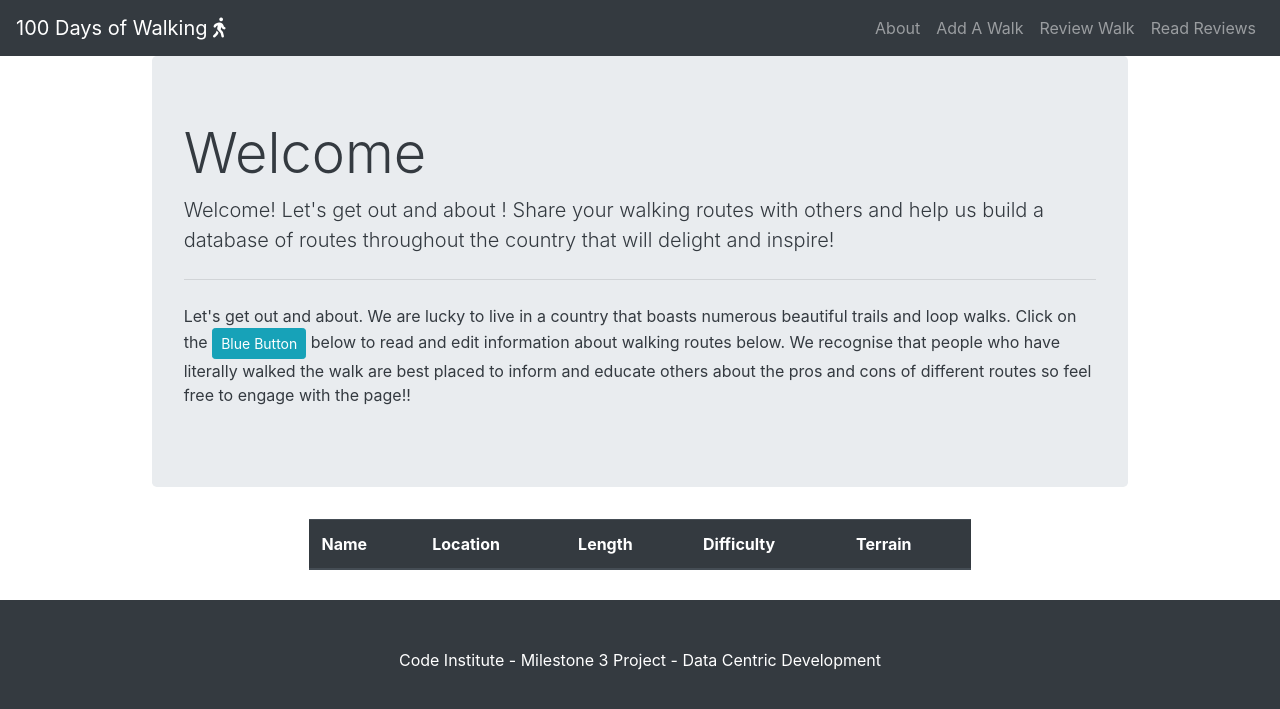
Repository: 5803emma/days-of-walking
Page: http://localhost/
The author's editor kept a record of every edit. The page is drawn from the files as they stood at one moment, then again after the next edit.
The browser window is 1280 px wide. The pictures show the whole page.
Some web libraries are served in a nearby version. The page is served by the project's application, run on Flask 3 (app.py). Queries for data that is not in the repository find no rows.

Above is the page before.

### templates/home.html
{% extends 'base.html'%} {% block content %}

<div class="container-fluid">

 <div class="row-welcome justify-content-center">
  <div class="col-12 text-dark">
   <div class="jumbotron">
    <h1 class="display-4">Welcome</h1>
    <p class="lead">Welcome! Let's get out and about ! Share your walking routes with others and help us build a database of routes throughout the country that will delight and inspire!</p>
    <hr class="my-4">
    <p>Let's get out and about.  We are lucky to live in a country that boasts numerous beautiful trails and loop walks. Click on the <button type="button" class="btn btn-info btn-sm">Blue Button</button>  below to read and edit information about walking routes below.  We recognise that people who have literally walked the walk are best placed to inform and educate others about the pros and cons of different routes so feel free to engage with the page!!</p>
   </div>
  </div>
 </div>

 <div class="row justify-content-center">
  <div class="col-12 col-md-8 table-responsive table-data">
   <table class="table table-hover">
    <thead class="thead-dark">
     <tr>
      <th scope="col">Name</th>
      <th scope="col">Location</th>
      <th scope="col">Length</th>
      <th scope="col">Difficulty</th>
      <th scope="col">Terrain</th>
     </tr>
    </thead>
    <tbody>

     {% for walk in walks %}
     <tr>
      <td><a class="btn btn-info btn-sm" href="{{url_for('edit_walk', walk_id=walk._id)}}" role="button">{{walk.walk_name}}</a></td>
      <td>{{walk.walk_location}}</td>
      <td>{{walk.walk_length}}</td>
      <td>{{walk.walk_difficulty}}</td>
      <td>{{walk.walk_terrain}}</td>
     </tr>
     {% endfor %}
    </tbody>
   </table>

  </div>
  {% endblock %}

### templates/base.html
<!DOCTYPE html>
<html>

<head>
    <link rel="stylesheet" href="https://stackpath.bootstrapcdn.com/bootstrap/4.4.1/css/bootstrap.min.css">
    <link rel="stylesheet" href="https://cdnjs.cloudflare.com/ajax/libs/font-awesome/5.12.0/css/all.min.css" />
</head>

<body>
    <header>
        <nav class="navbar navbar-expand-md navbar-dark bg-dark home-logo-text">
            <a class="navbar-brand" href="{{url_for('get_walks')}}">100 Days of Walking <i
                    class="fas fa-walking"></i></a>
            <button class="navbar-toggler" type="button" data-toggle="collapse" data-target="#navbarNavAltMarkup" aria-controls="navbarNavAltMarkup" aria-expanded="false" aria-label="Toggle navigation">
                <span class="navbar-toggler-icon"></span>
            </button>
            <div class="collapse navbar-collapse" id="navbarNavAltMarkup">
                <div class="navbar-nav ml-auto">
                    <a class="nav-item nav-link" href="{{url_for('about')}}">About</a>
                    <a class="nav-item nav-link" href="{{url_for('add_new_walk')}}">Add A Walk</a>
                    <a class="nav-item nav-link" href="{{url_for('walk_review')}}">Review Walk</a>
                     <a class="nav-item nav-link" href="{{url_for('read_review')}}">Read Reviews</a>
                </div>
            </div>

        </nav>
    </header>
        <!-- Container for background image -->
    <div class="container-fluid bg">
    </div>
    <!-- Container for injected templates -->
    <div class="container-fluid">
        <div class="row justify-content-center">
            <div class="col-12 col-md-10 template-col">

    {% block content %} {% endblock %}

 <!-- Footer -->
  <footer class="py-5 bg-dark fixed-bottom">
    <div class="container-fluid">
      <p class="m-0 text-center text-white">Code Institute - Milestone 3 Project - Data Centric Development</p>
    </div>
    <!-- /.container -->
  </footer>

    <script src="https://code.jquery.com/jquery-3.4.1.slim.min.js"></script>
    <script src="https://cdn.jsdelivr.net/npm/popper.js@1.16.0/dist/umd/popper.min.js"></script>
    <script src="https://stackpath.bootstrapcdn.com/bootstrap/4.4.1/js/bootstrap.min.js"></script>
</body>

</html>

### app.py
import os
from flask import Flask, render_template, redirect, request, url_for
from flask_pymongo import PyMongo
from bson.objectid import ObjectId

app = Flask(__name__)

app.config["MONGO_DBNAME"] = 'walking_app'
app.config["MONGO_URI"] = 'mongodb+srv://root:johnbell@myfirstcluster-20lqh.mongodb.net/walking_app?retryWrites=true&w=majority'

mongo = PyMongo(app)

@app.route("/")
@app.route("/get_walks")
def get_walks():
    return render_template("home.html", walks=mongo.db.walks.find())

@app.route("/about")
def about():
    return render_template("about.html")


@app.route("/add_new_walk")
def add_new_walk():
    return render_template("add_walk.html")


@app.route("/insert_walk", methods=['POST'])
def insert_walk():
    walk = mongo.db.walks
    walk.insert_one(request.form.to_dict())
    return redirect(url_for('get_walks'))

# Update Information About Walk

@app.route("/edit_walk/<walk_id>")
def edit_walk(walk_id):
    the_walk = mongo.db.walks.find_one({"_id": ObjectId(walk_id)})
    return render_template("update_walk.html", walk=the_walk)

@app.route("/update_walk/<walk_id>", methods=["POST"])
def update_walk(walk_id):
    walk = mongo.db.walks
    walk.update({'_id': ObjectId(walk_id)}, {
        'walk_name' : request.form.get('walk_name'),
        'walk_location' : request.form.get('walk_location'),
        'walk_length' : request.form.get('walk_length'),
        'walk_difficulty' : request.form.get('walk_difficulty'),
        'walk_terrain' : request.form.get('walk_terrain')
    })
    return redirect(url_for('get_walks'))

# Delete Option

@app.route("/delete_walk/<walk_id>")
def delete_walk(walk_id):
    mongo.db.walks.remove({'_id': ObjectId(walk_id)})
    return redirect(url_for('get_walks'))

@app.route("/leave_review")
def walk_review():
    return render_template("walk_review.html", walks=mongo.db.walks.find())

# Sends the data that the user inserts to the database

@app.route("/walk_review", methods=['POST'])
def insert_review():
    review = mongo.db.reviews
    review.insert_one(request.form.to_dict())
    return redirect(url_for('walk_review'))


@app.route("/read_review")
def read_review():
    return render_template("read_reviews.html", reviews=mongo.db.reviews.find())

if __name__ == "__main__":
    app.run(host=os.environ.get("IP"),
    port=int(os.environ.get("PORT")),
    debug=True)

### static/css/style.css
body {
  background-image: url(../images/bg-image.jpg);
  background-color: #FAFAFA;
  background-repeat: no-repeat;
  background-size: cover;
  font-family: 'Roboto', sans-serif;
}

.nav-item {
  font-weight: bold;
  color: #ffffff;
}

After the next edit:
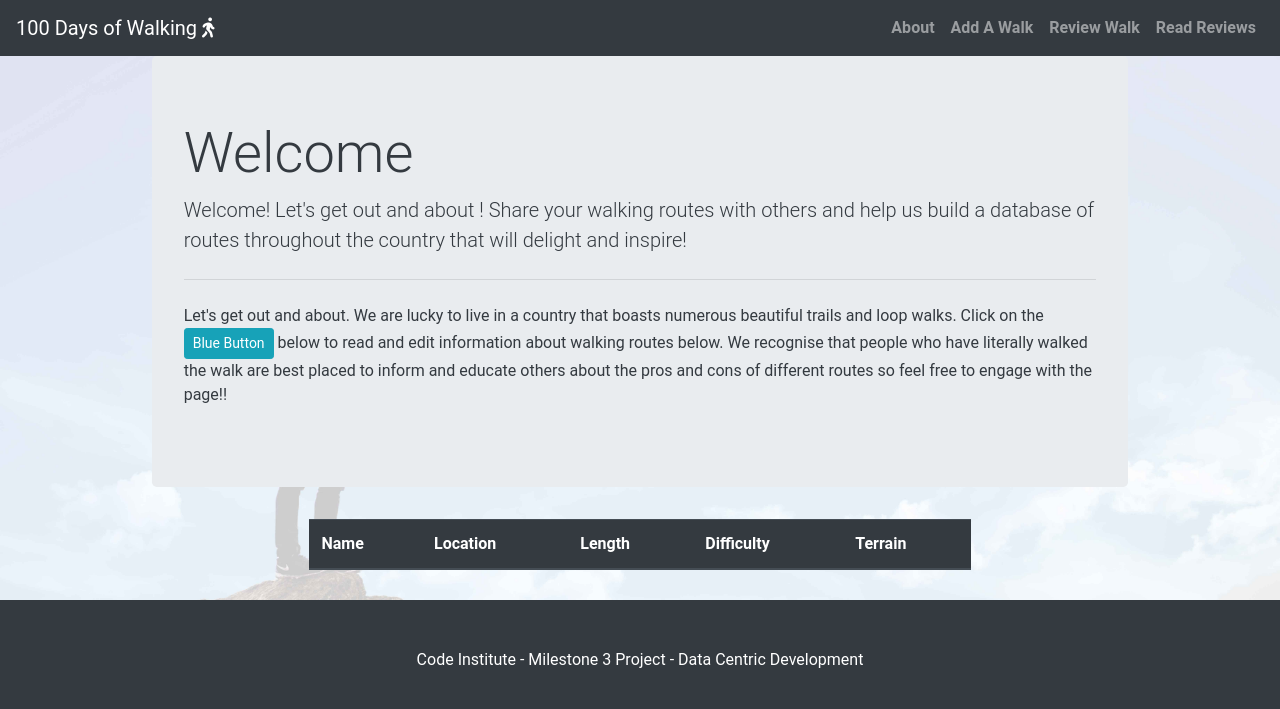
The edit:
--- a/templates/base.html
+++ b/templates/base.html
@@ -4,6 +4,7 @@
 <head>
     <link rel="stylesheet" href="https://stackpath.bootstrapcdn.com/bootstrap/4.4.1/css/bootstrap.min.css">
     <link rel="stylesheet" href="https://cdnjs.cloudflare.com/ajax/libs/font-awesome/5.12.0/css/all.min.css" />
+    <link rel="stylesheet" href="{{ url_for('static', filename='css/style.css') }}" type="text/css" />
 </head>
 
 <body>
